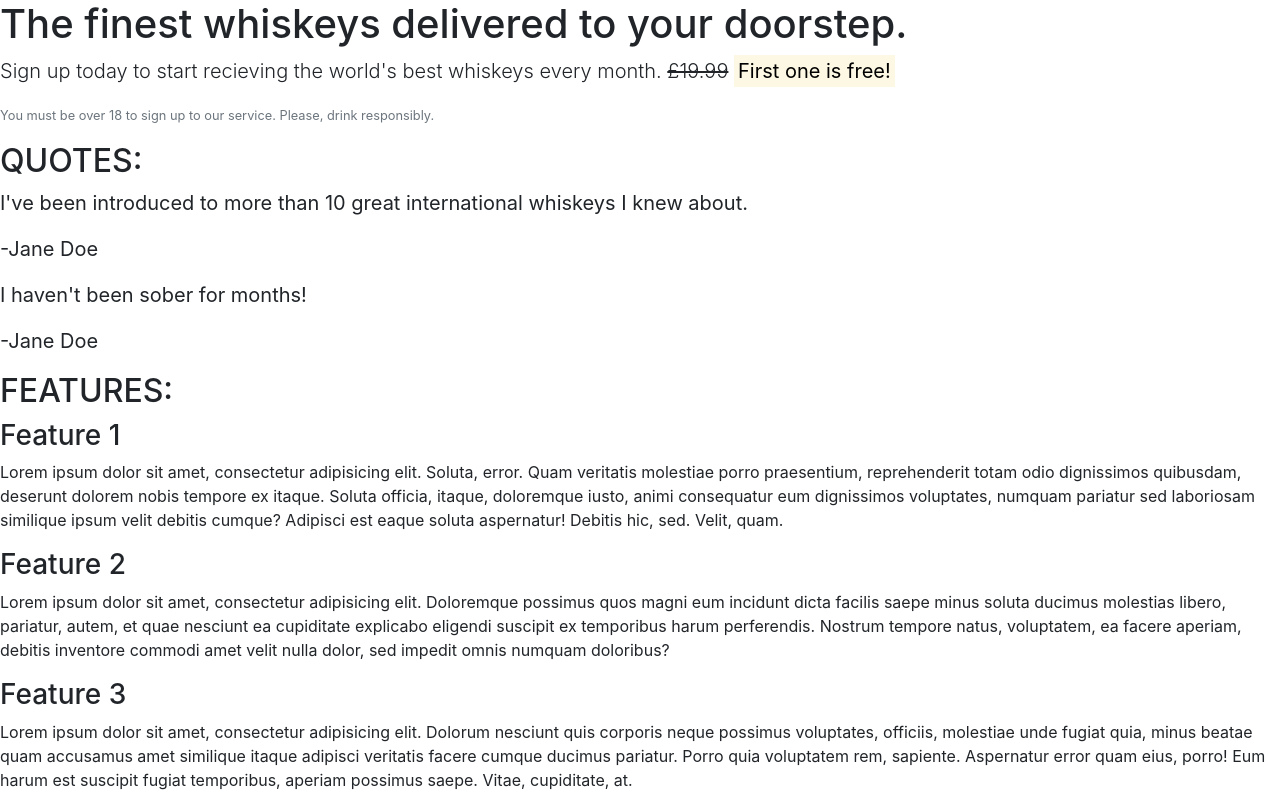
Repository: Leannald13/whiskey-project
Page: index.html
The author's editor kept a record of every edit. The page is drawn from the files as they stood at one moment, then again after the next edit.
The browser window is 1280 px wide. The pictures show the whole page.

Above is the page before.
Console error: TypeError: Cannot read properties of undefined (reading 'fn')

### index.html
<!DOCTYPE html>
<html lang="en">
<head>
    <meta charset="UTF-8">
    <meta name="viewport" content="width=device-width, initial-scale=1.0">
    <meta http-equiv="X-UA-Compatible" content="ie=edge">
    <link rel="stylesheet" href="https://stackpath.bootstrapcdn.com/bootstrap/4.1.3/css/bootstrap.min.css" integrity="sha384-MCw98/SFnGE8fJT3GXwEOngsV7Zt27NXFoaoApmYm81iuXoPkFOJwJ8ERdknLPMO" crossorigin="anonymous">
<script src="https://stackpath.bootstrapcdn.com/bootstrap/4.1.3/js/bootstrap.min.js" integrity="sha384-ChfqqxuZUCnJSK3+MXmPNIyE6ZbWh2IMqE241rYiqJxyMiZ6OW/JmZQ5stwEULTy" crossorigin="anonymous"></script>
    <title>Whiskey Drop: Taste a new whiskey every month</title>
</head>
<body>
    <article class="article">
        <section class="callout">
        <h1>The finest whiskeys delivered to your doorstep.</h1>
        <p class="lead">Sign up today to start recieving the world's best whiskeys every month.
        <s>£19.99</s> <strong><mark>First one is free!</mark></strong></p>
        <p class="text-muted"><small>You must be over 18 to sign up to our service. Please, drink responsibly.</small></p>
         </section>
    <section class="quotes">
    <h2 class="text-uppercase">Quotes:</h2>
    <blockquote class="blockquote">
        <p>I've been introduced to more than 10 great international whiskeys I knew about.</p>
          <p>-Jane Doe</p>
    </blockquote>
      <blockquote class="blockquote">
         <p>I haven't been sober for months!</p>
         <p>-Jane Doe</p>
      </blockquote>
    </section>
    <section class="features">
        <h2 class="text-uppercase">Features:</h2>
        <div class="feature">
            <h3>Feature 1</h3>
            <p>Lorem ipsum dolor sit amet, consectetur adipisicing elit. Soluta, error. Quam veritatis molestiae porro praesentium, reprehenderit totam odio dignissimos quibusdam, deserunt dolorem nobis tempore ex itaque. Soluta officia, itaque, doloremque iusto, animi consequatur eum dignissimos voluptates, numquam pariatur sed laboriosam similique ipsum velit debitis cumque? Adipisci est eaque soluta aspernatur! Debitis hic, sed. Velit, quam.</p>
        </div>
        <div class="feature">
        <h3>Feature 2</h3>
        <p>Lorem ipsum dolor sit amet, consectetur adipisicing elit. Doloremque possimus quos magni eum incidunt dicta facilis saepe minus soluta ducimus molestias libero, pariatur, autem, et quae nesciunt ea cupiditate explicabo eligendi suscipit ex temporibus harum perferendis. Nostrum tempore natus, voluptatem, ea facere aperiam, debitis inventore commodi amet velit nulla dolor, sed impedit omnis numquam doloribus?</p>
        </div>
        <div class="feature">
          <h3>Feature 3</h3>
          <p>Lorem ipsum dolor sit amet, consectetur adipisicing elit. Dolorum nesciunt quis corporis neque possimus voluptates, officiis, molestiae unde fugiat quia, minus beatae quam accusamus amet similique itaque adipisci veritatis facere cumque ducimus pariatur. Porro quia voluptatem rem, sapiente. Aspernatur error quam eius, porro! Eum harum est suscipit fugiat temporibus, aperiam possimus saepe. Vitae, cupiditate, at.</p>
        </div>


    </section>
    </article>

</body>
</html>

After the next edit:
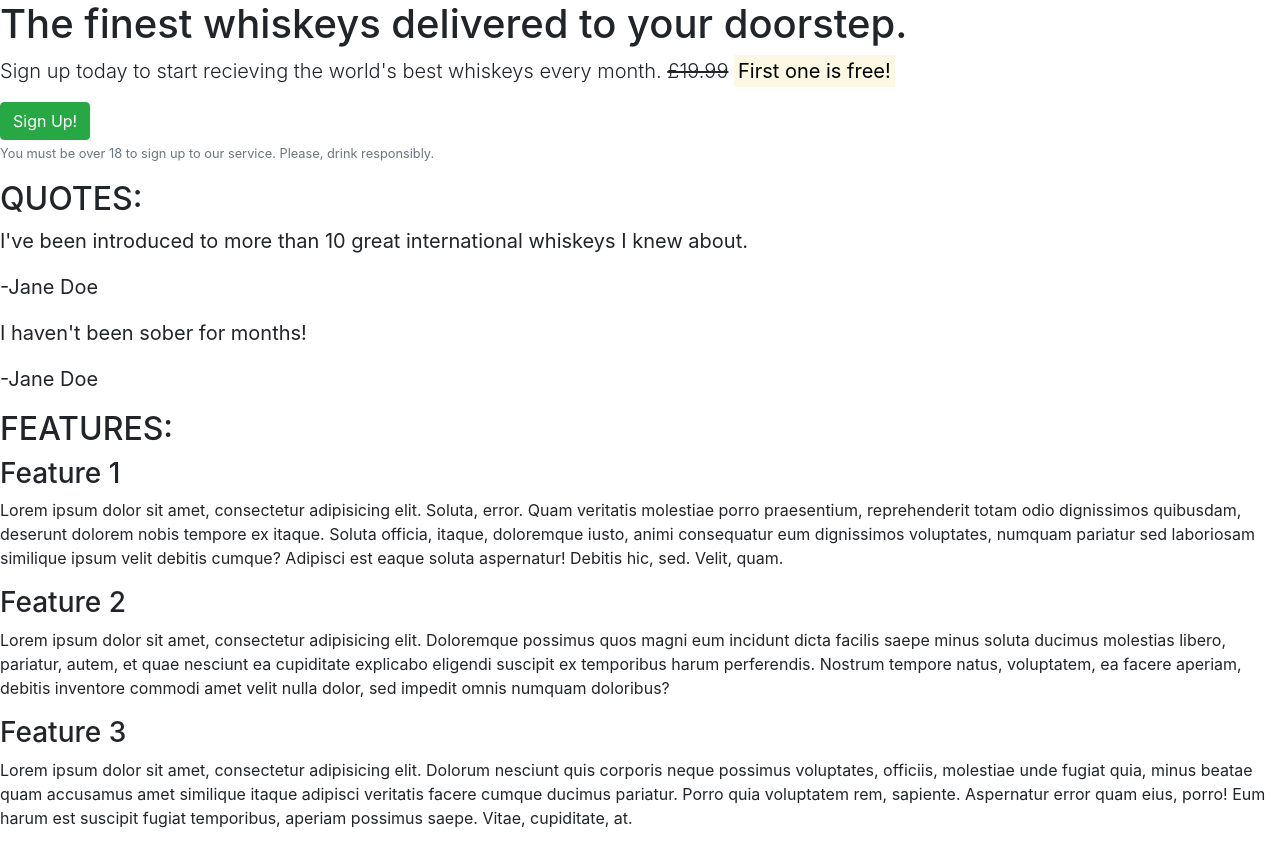
The edit:
--- a/index.html
+++ b/index.html
@@ -14,6 +14,7 @@
         <h1>The finest whiskeys delivered to your doorstep.</h1>
         <p class="lead">Sign up today to start recieving the world's best whiskeys every month.
         <s>£19.99</s> <strong><mark>First one is free!</mark></strong></p>
+        <button class="btn btn-success">Sign Up!</button>
         <p class="text-muted"><small>You must be over 18 to sign up to our service. Please, drink responsibly.</small></p>
          </section>
     <section class="quotes">
